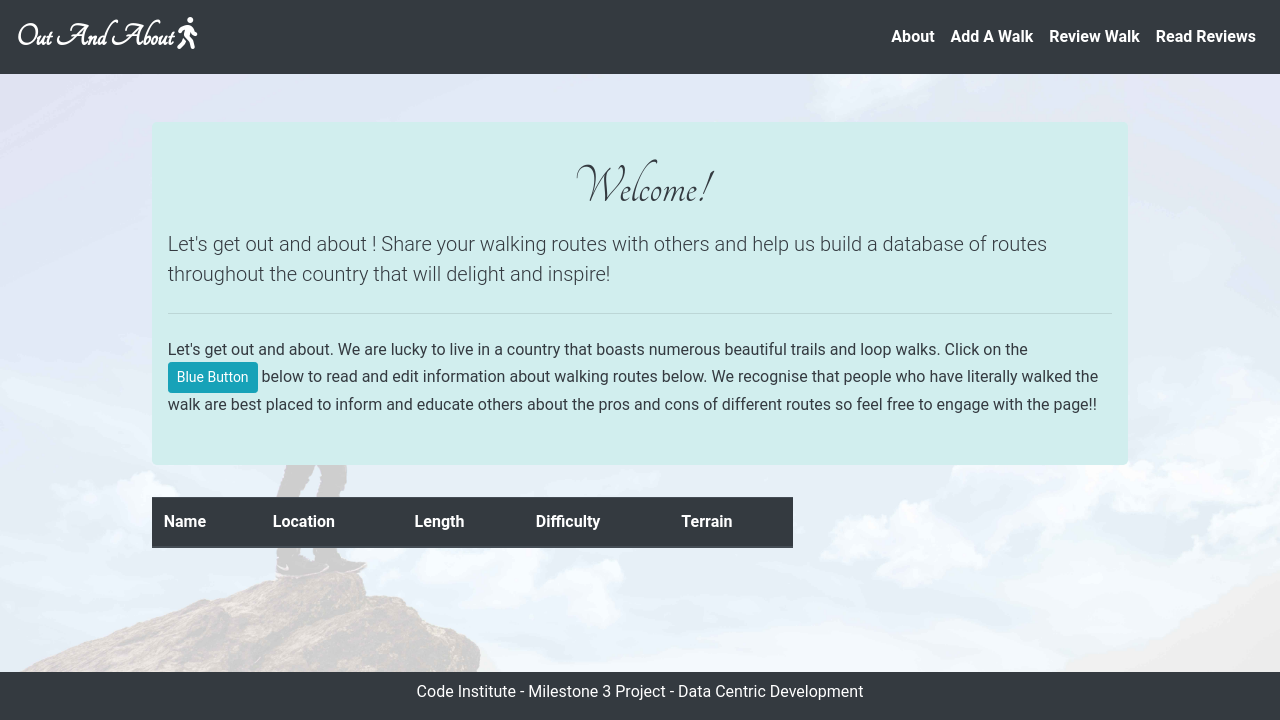
Repository: 5803emma/days-of-walking
Page: http://localhost/
The author's editor kept a record of every edit. The page is drawn from the files as they stood at one moment, then again after the next edit.
The browser window is 1280 px wide. The pictures show the whole page.
Some web libraries are served in a nearby version. The page is served by the project's application, run on Flask 3 (app.py). Queries for data that is not in the repository find no rows.

Above is the page before.

After the next edit:
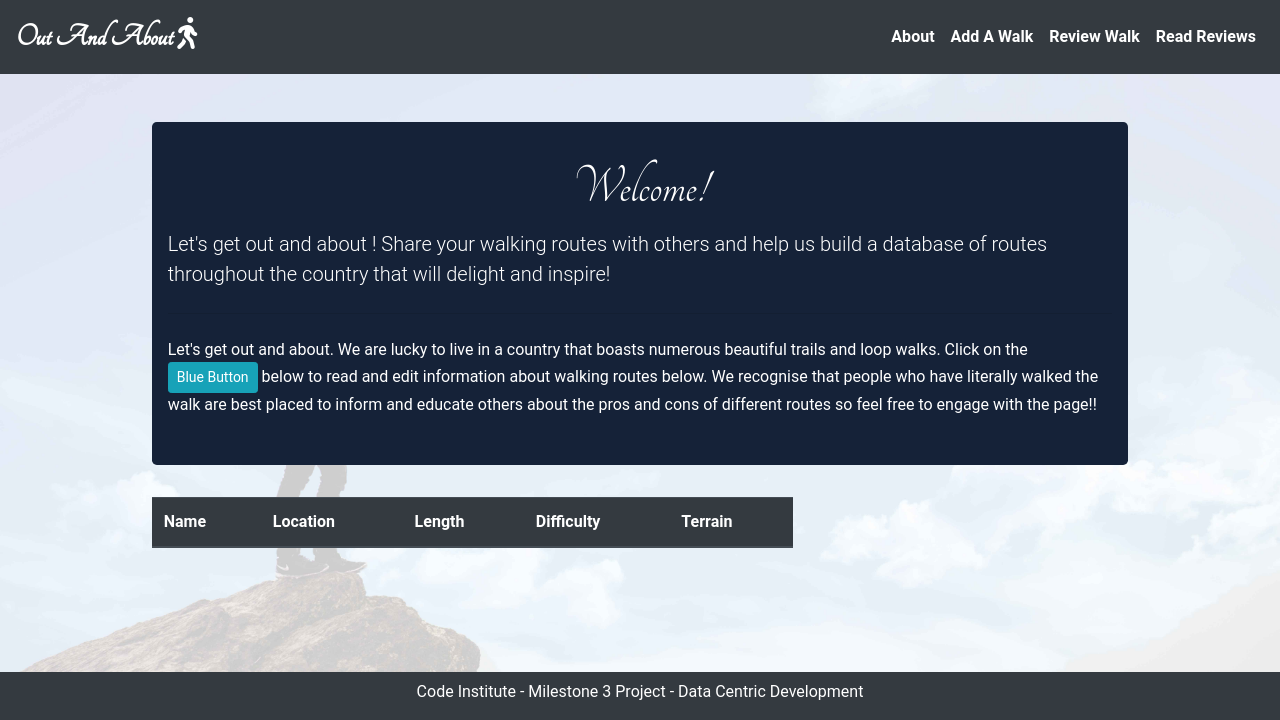
The edit:
--- a/static/css/style.css
+++ b/static/css/style.css
@@ -33,7 +33,8 @@
     margin-top: 2rem;
     padding: 2rem 1rem;
     margin-bottom: 2rem;
-    background-color: #D1EEEE;
+    color: #ffffff;
+    background-color: #152238;
     border-radius: .3rem;
 }
 
